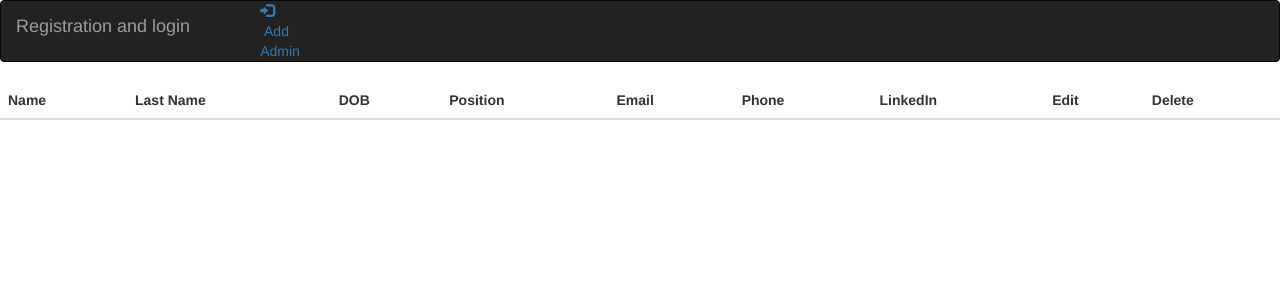
Repository: vinayvinay25794/RegistrationDemo
Page: http://localhost/allRegistrations
An editor plug-in stored every save of this project. The page is shown before and after the next save, followed by the edit.
The browser window is 1280 px wide. The pictures show the whole page.
The page is this project's Thymeleaf template; nobody is signed in. The template is opened directly, without the code that normally fills it, so the values that code supplies are empty.

Above is the page before, as saved 2021-03-18 07:02:51.

After the next save:
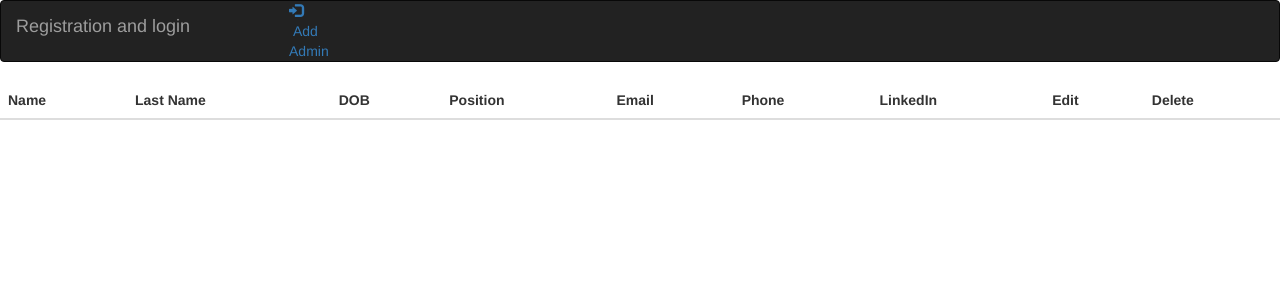
Saved 61 s later.
--- a/Hibernate/src/main/resources/templates/allRegistrations.html
+++ b/Hibernate/src/main/resources/templates/allRegistrations.html
@@ -20,7 +20,7 @@
 	      </button>
 	      <a class="navbar-brand" href="#" th:href="@{/}">Registration and login</a>
 	      <div class="nav navbar-nav navbar-right">
-	      <div class="col-md-6 col-md-offset-30">
+	      <div class="col-md-6 col-md-offset-3">
 					<span><a href="/" th:href="@{/registration}">
 					<span class="glyphicon glyphicon-log-in" aria-hidden="true"></span>&nbsp;Add Admin
 					</a></span>
